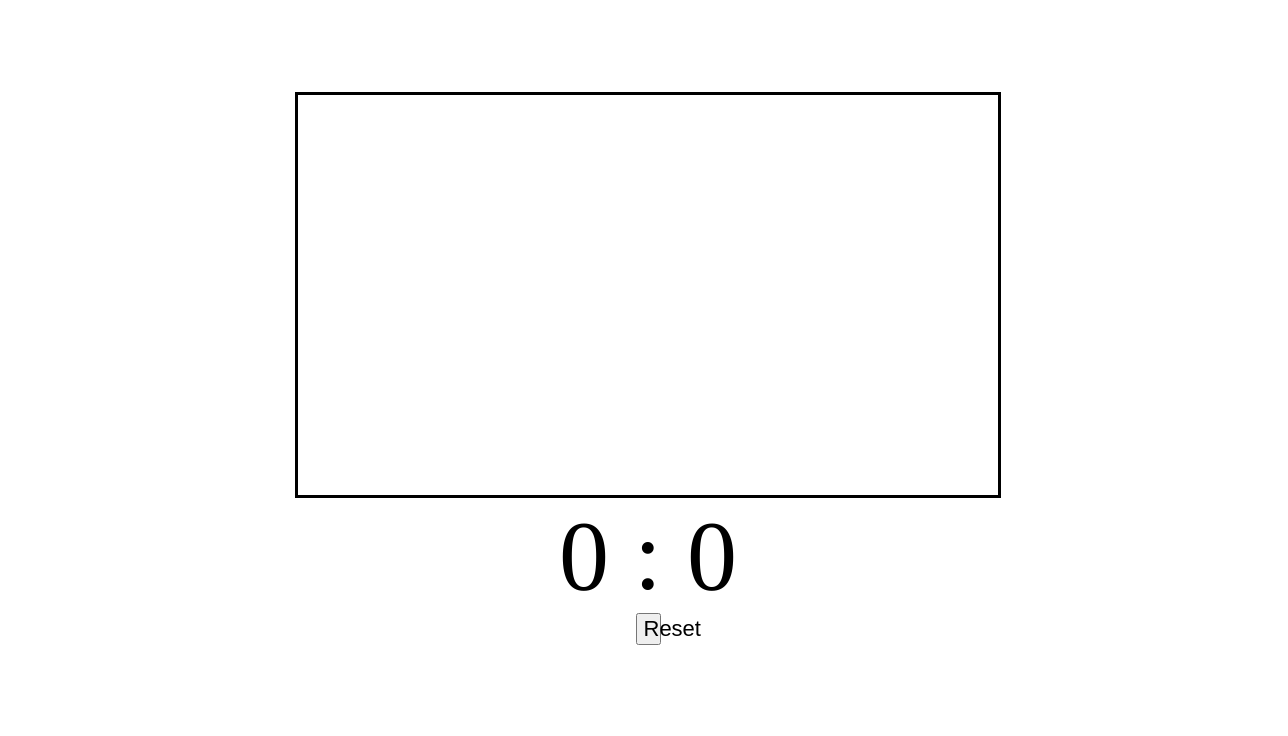
Repository: zacheys123/ping-pong
Page: index.html
These files come from the project's save history. The page is drawn as it stood at one moment and after the next save; the edit follows.
The browser window is 1280 px wide. The page is 1288 px wide, so the pictures cover 1288 px, including what lies to the right of the window. The pictures show the whole page.

Above is the page before, as saved 2023-06-30 22:59:05.

After the next save:
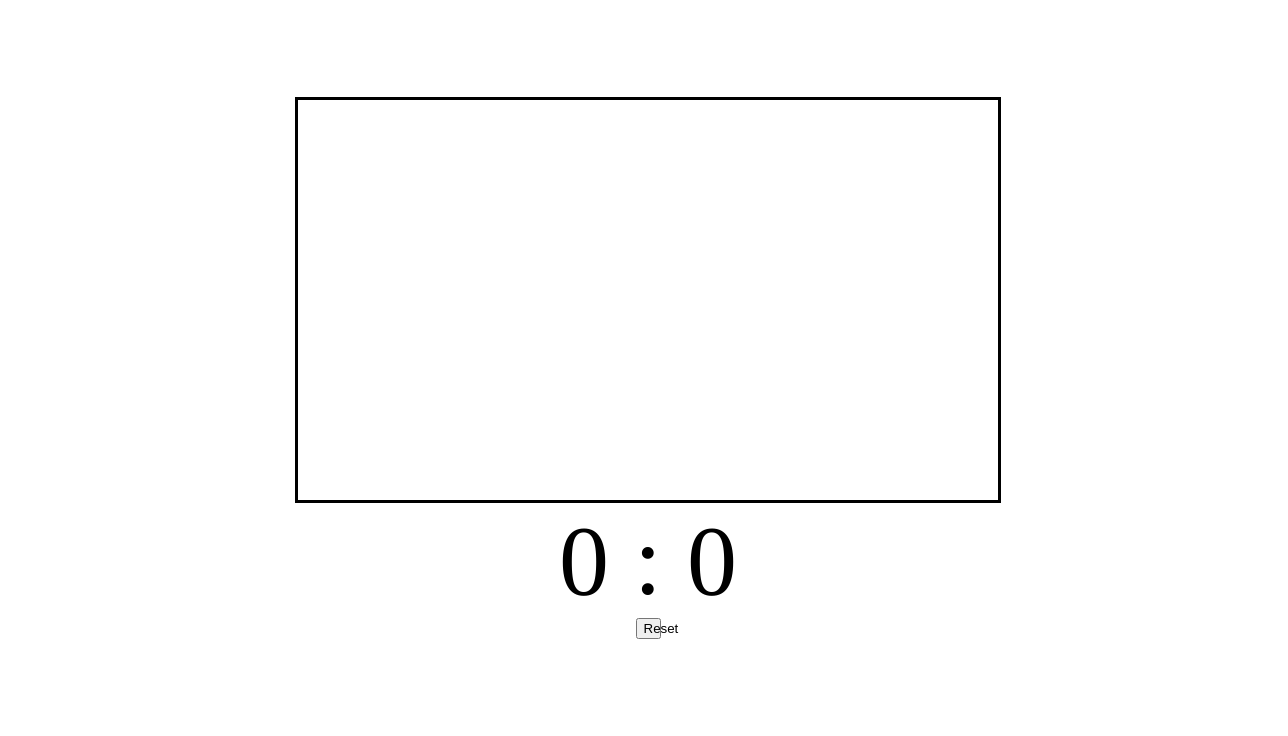
Saved 7 s later.
--- a/style.css
+++ b/style.css
@@ -20,6 +20,6 @@ body {
 }
 #resetbutton {
 	font-family: 'monospace' cursive;
-	font-size: 22px;
+
 	width: 25px;
 }
